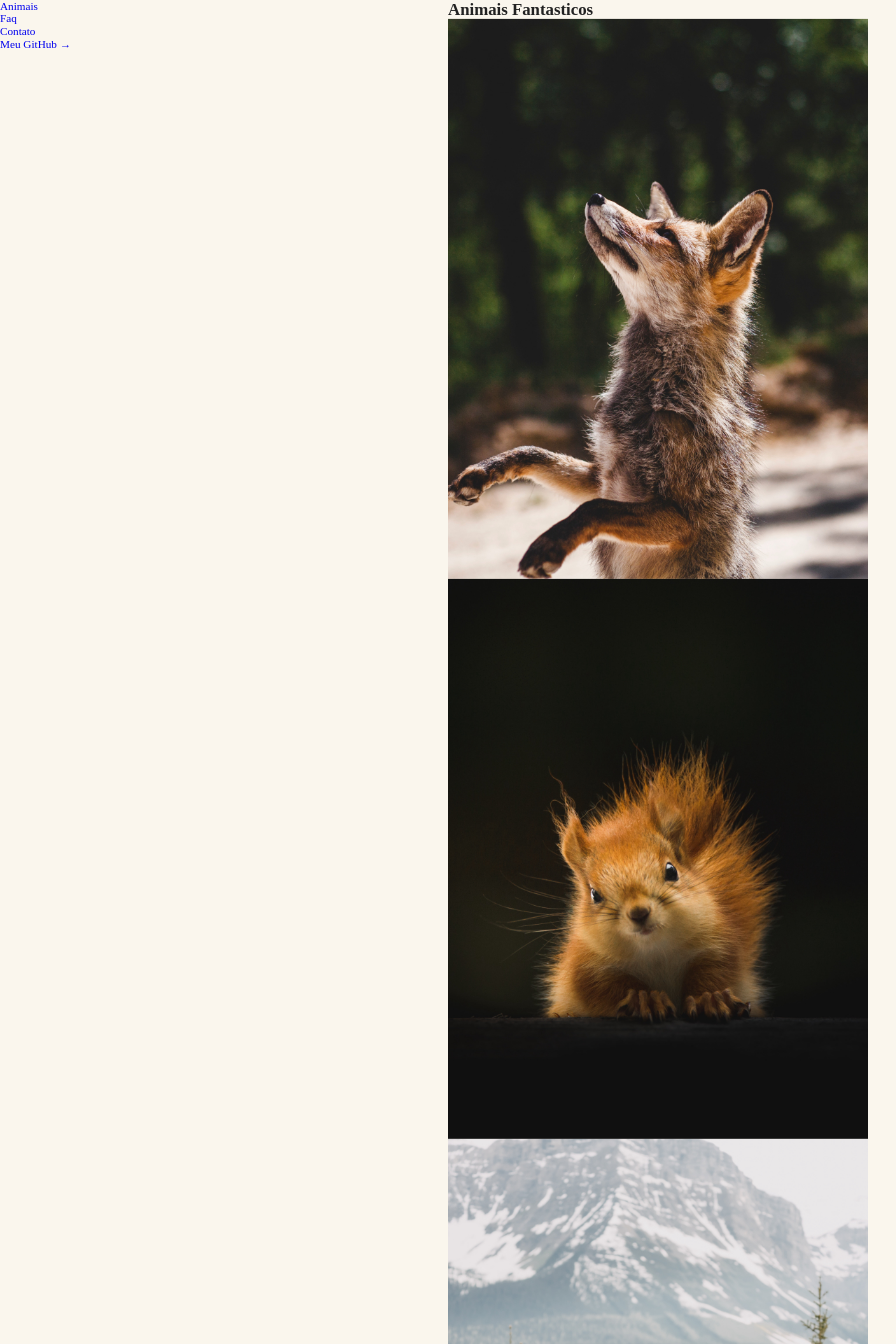
Repository: meiotera/animaisPagina
Page: index.html
These files come from the project's save history. The page is drawn as it stood at one moment and after the next save; the edit follows.
The browser window is 1280 px wide. The pictures show the part of the page from y = 0 to 1920 px (the page is 7255 px tall before and 8062 px after), at 70% of full size.

Above is the page before, as saved 2025-05-02 09:44:39.

After the next save:
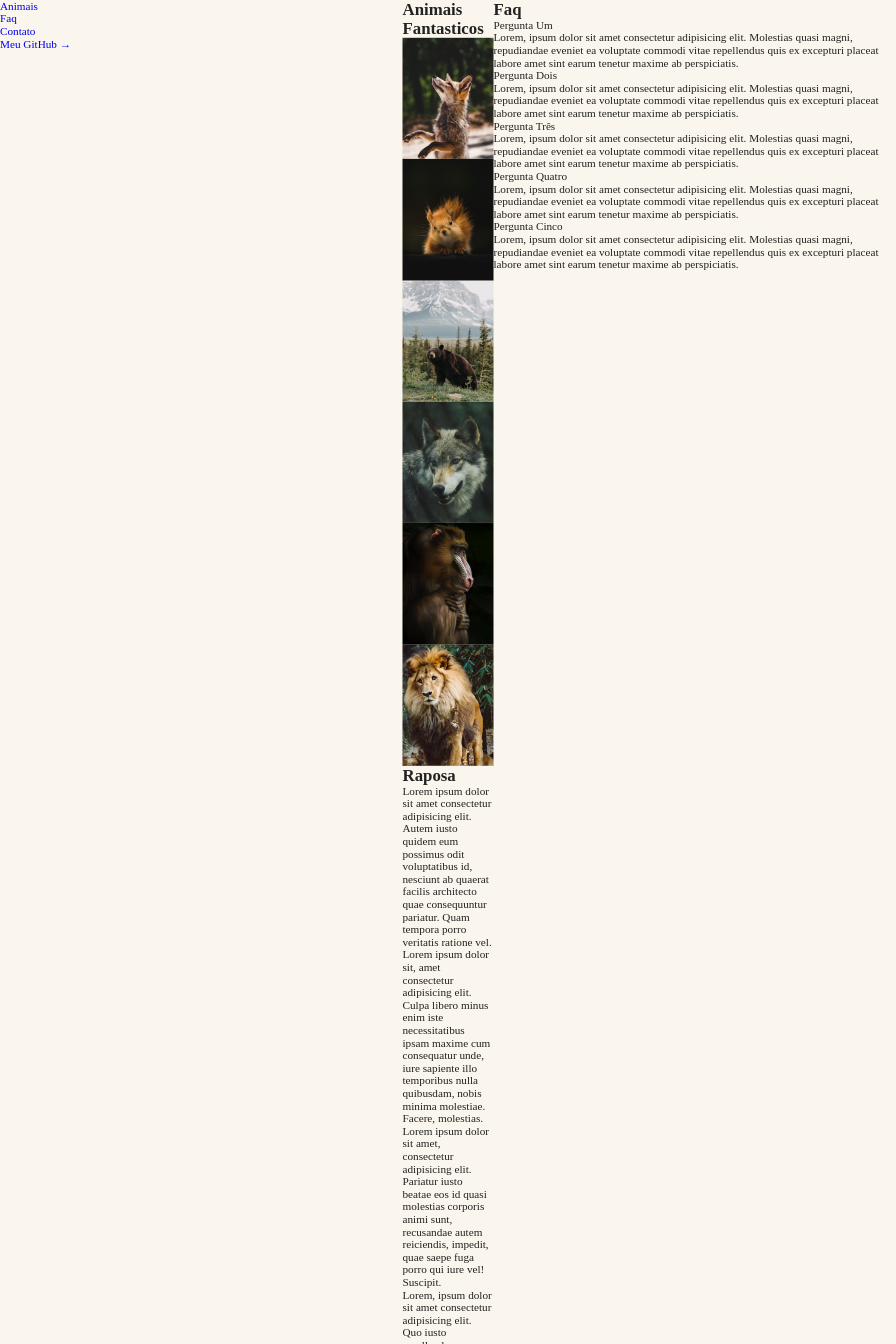
Saved 66 s later.
--- a/css/style.css
+++ b/css/style.css
@@ -24,5 +24,5 @@
   background-color: #faf6ed;
   color: #222;
   display: grid;
-  grid-template-columns: 1fr 1fr;
+  grid-template-columns: 1fr 130px 1fr;
 }
